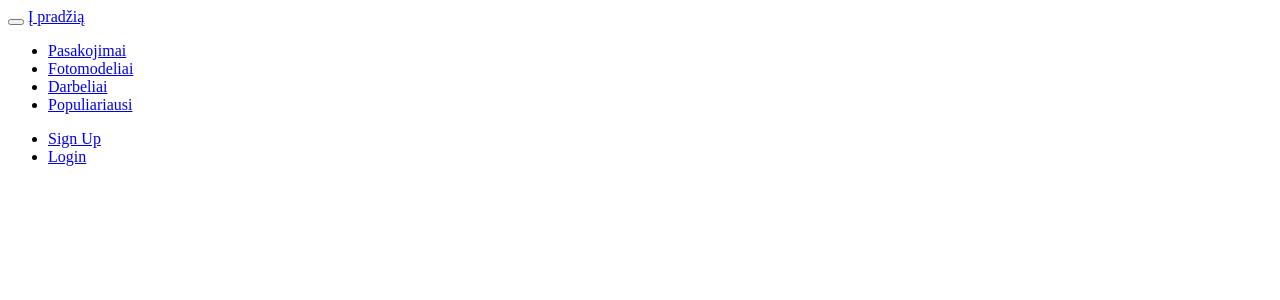
Repository: Skaidrius/Blogas
Page: templates/header.html
The author's editor kept a record of every edit. The page is drawn from the files as they stood at one moment, then again after the next edit.
The browser window is 1280 px wide. The pictures show the whole page.

Above is the page before.

### templates/header.html
<!--header.html-->
<!--Navigation-->
<nav class="navbar navbar-default navbar-fixed-top">
  <div class="container-fluid">
    <div class="navbar-header">
      <button type="button" class="navbar-toggle" data-toggle="collapse" data-target="#myNavbar">
        <span class="icon-bar"></span>
        <span class="icon-bar"></span>
        <span class="icon-bar"></span>
      </button>
      <a class="navbar-brand" href="#/">Į pradžią</a>
    </div>
    <div class="collapse navbar-collapse " id="myNavbar">
      <ul class="nav navbar-nav">
        <li><a href="#">Pasakojimai</a></li>
        <li><a href="#">Fotomodeliai</a></li>
        <li><a href="#">Darbeliai</a></li>
        <li><a href="#">Populiariausi</a></li>
      </ul>

      <ul class="nav navbar-nav navbar-right">
        <li><a href="#/signup"><span class="fa fa-user"></span> Sign Up</a></li>
        <li><a href="#/login"><span class="fa fa-key"></span> Login</a></li>
      </ul>
    </div>
  </div>
</nav>

After the next edit:
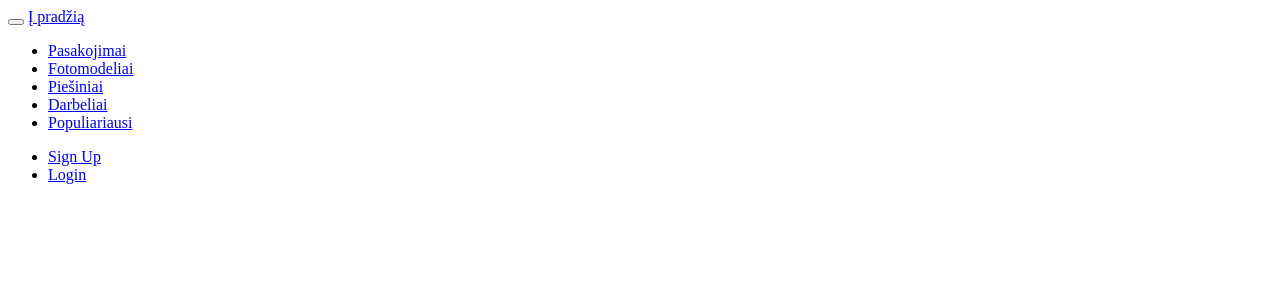
The edit:
--- a/templates/header.html
+++ b/templates/header.html
@@ -12,9 +12,10 @@
     </div>
     <div class="collapse navbar-collapse " id="myNavbar">
       <ul class="nav navbar-nav">
-        <li><a href="#">Pasakojimai</a></li>
-        <li><a href="#">Fotomodeliai</a></li>
-        <li><a href="#">Darbeliai</a></li>
+        <li><a href="#/tales">Pasakojimai</a></li>
+        <li><a href="#/photos">Fotomodeliai</a></li>
+        <li><a href="#/arts">Piešiniai</a></li>
+        <li><a href="#/creations">Darbeliai</a></li>
         <li><a href="#">Populiariausi</a></li>
       </ul>
 
